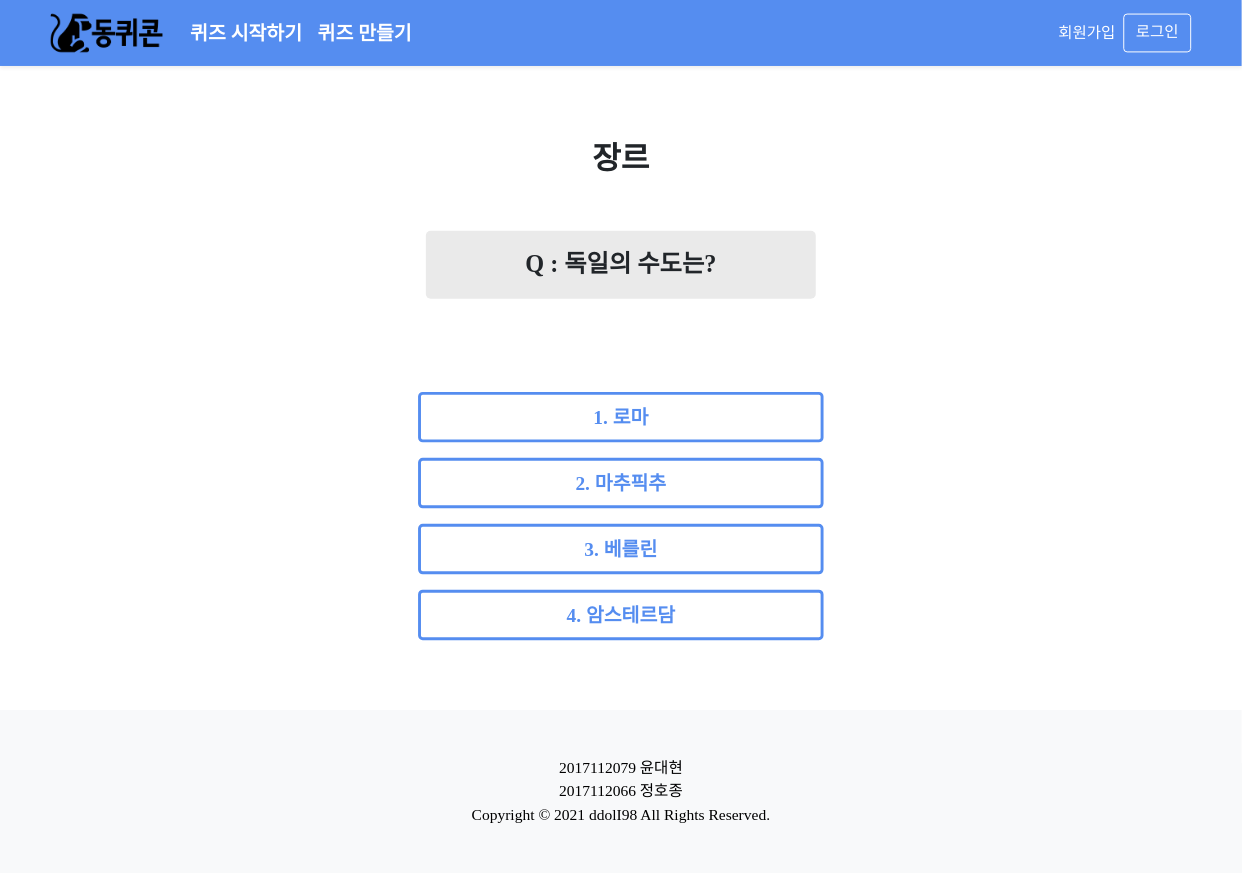
Repository: eogus0512/Quiz_WebProject
Page: http://localhost/Quiz_WebProject/solveQuiz.jsp
An editor plug-in stored every save of this project. The page is shown before and after the next save, followed by the edit.
The browser window is 1280 px wide. The pictures show the whole page, at 97% of full size.
Some web fonts or font styles are not loaded; a fallback is used. The page is served by Tomcat 9. Other server files are loaded and not shown.

Above is the page before, as saved 2021-10-28 14:34:55.

### Quiz_WebProject/WebContent/solveQuiz.jsp
<%@ page language="java" contentType="text/html;charset=UTF-8" pageEncoding="UTF-8" %>
<%@ page import="java.io.PrintWriter"%>
<!DOCTYPE html>
<html>
<head>
    <meta http-equiv="Content-Type" content="text/html"; charset="UTF-8">
    <meta name="viewport" content="width=device-width, initial-scale=1, shrink-to-fit=no">
    <title>동퀴콘</title>
    <link rel="stylesheet" href="./css/bootstrap.min.css">
    <link rel="stylesheet" href="./css/custom.css">
    <link rel="icon" href="./img/favicon.png">
</head>
<body>
<nav class="navbar navbar-expand-lg navbar-light fixed-top shadow-sm" style="background-color: #558DF0;">
    <div class="container-xxl d-flex align-items-md-center" style="width:1200px">
        <a class="navbar-brand" href="index.jsp"><img src="./img/mainIcon.png" class="rounded float-start" width="120"></a>
        <button class="navbar-toggler" type="button" data-bs-toggle="collapse" data-bs-target="#navbarSupportedContent" aria-controls="navbarSupportedContent" aria-expanded="false" aria-label="Toggle navigation">
            <span class="navbar-toggler-icon"></span>
        </button>
        <div class="collapse navbar-collapse" id="navbarSupportedContent">
            <ul class="navbar-nav me-auto">
                <li class="nav-item">
                    <a class="nav-link" href="#" style="font-size:15pt; color:white;"><b>퀴즈 시작하기</b></a>
                </li>
                <li class="nav-item">
                    <a class="nav-link" href="registerQuiz.jsp" style="font-size:15pt; color:white;"><b>퀴즈 만들기</b></a>
                </li>
            </ul>
            <%
                String loginID = null;
                String userName = null;
                if(session.getAttribute("loginID") != null) {
                    loginID = (String) session.getAttribute("loginID");
                    userName = (String) session.getAttribute("userName");
                }
                if(loginID == null) {
            %>
            <ul class="navbar-nav">
                <a class="nav-link" aria-current="page" href="signUp.jsp" style="color:white">회원가입</a>
                <a class="btn btn-outline-primary" href="login.jsp" style="border-color: white; color: white">로그인</a>
            </ul>
            <%
            } else {
            %>
            <ul class="navbar-nav d-flex">
                <li class="nav-item dropdown">
                    <a class="nav-link dropdown-toggle" href="#" id="navbarDropdown" role="button" data-bs-toggle="dropdown" aria-expanded="false">
                        <%=userName %> 님
                    </a>
                    <ul class="dropdown-menu" aria-labelledby="navbarDropdown" style="background-color: #FAF1D6;">
                        <li><a class="dropdown-item" href="myPage.jsp">마이페이지</a></li>
                        <li><a class="dropdown-item" href="#">1:1 문의</a></li>
                        <li><hr class="dropdown-divider"></li>
                        <li><a class="dropdown-item" href="logout.jsp">로그아웃</a></li>
                    </ul>
                </li>
            </ul>
            <%
                }
            %>
        </div>
    </div>
</nav>
<br><br><br><br>
<div class="py-5 text-center">
    <h2><b>장르</b></h2>
</div>
<div class="container col-md-4">
	<div class="col-12" style="height:70px; padding:15px; background-color: #EAEAEA; text-align:center; font-size:25px; font-weight:bold; border-radius:5px">
        <label class="form-label">Q : 독일의 수도는?</label>
    </div><br><br><br><br>
    <form method="post" action="#">
        <div class="row g-3">
            <button class="w-100 btn-lg" style="background-color: white; color:#558DF0; border:3px solid #558DF0"><b>1. 로마</b></button>
            <button class="w-100 btn-lg" style="background-color: white; color:#558DF0; border:3px solid #558DF0"><b>2. 마추픽추</b></button>
            <button class="w-100 btn-lg" style="background-color: white; color:#558DF0; border:3px solid #558DF0"><b>3. 베를린</b></button>
            <button class="w-100 btn-lg" style="background-color: white; color:#558DF0; border:3px solid #558DF0"><b>4. 암스테르담</b></button>
        </div><br><br>

    </form>
</div>
<footer class="bg-light mt-4 p-5 text-center" style="color: #000000;">
    2017112079 윤대현<br>2017112066 정호종<br>
    Copyright &copy; 2021 ddolI98 All Rights Reserved.
</footer>
<script src="./js/jquery.min.js"></script>
<script src="./js/popper.js"></script>
<script src="./js/bootstrap.min.js"></script>
</body>
</html>

### Quiz_WebProject/WebContent/css/custom.css
@import url(https://fonts.googleapis.com/earlyaccess/nanumgothic.css);
.navbar-brand, h1, h2, h3, h4 {
    font-family: 'Nanum Gothic';
}
h5 {
    font-family: 'Nanum Gothic';
    font-size: 18px;
}
body {
    font-family: 'Nanum Gothic';
}

Loaded but not shown: Quiz_WebProject/WebContent/css/bootstrap.min.css (library); Quiz_WebProject/WebContent/js/jquery.min.js (library); Quiz_WebProject/WebContent/js/popper.js (library); Quiz_WebProject/WebContent/js/bootstrap.min.js (library)

After the next save:
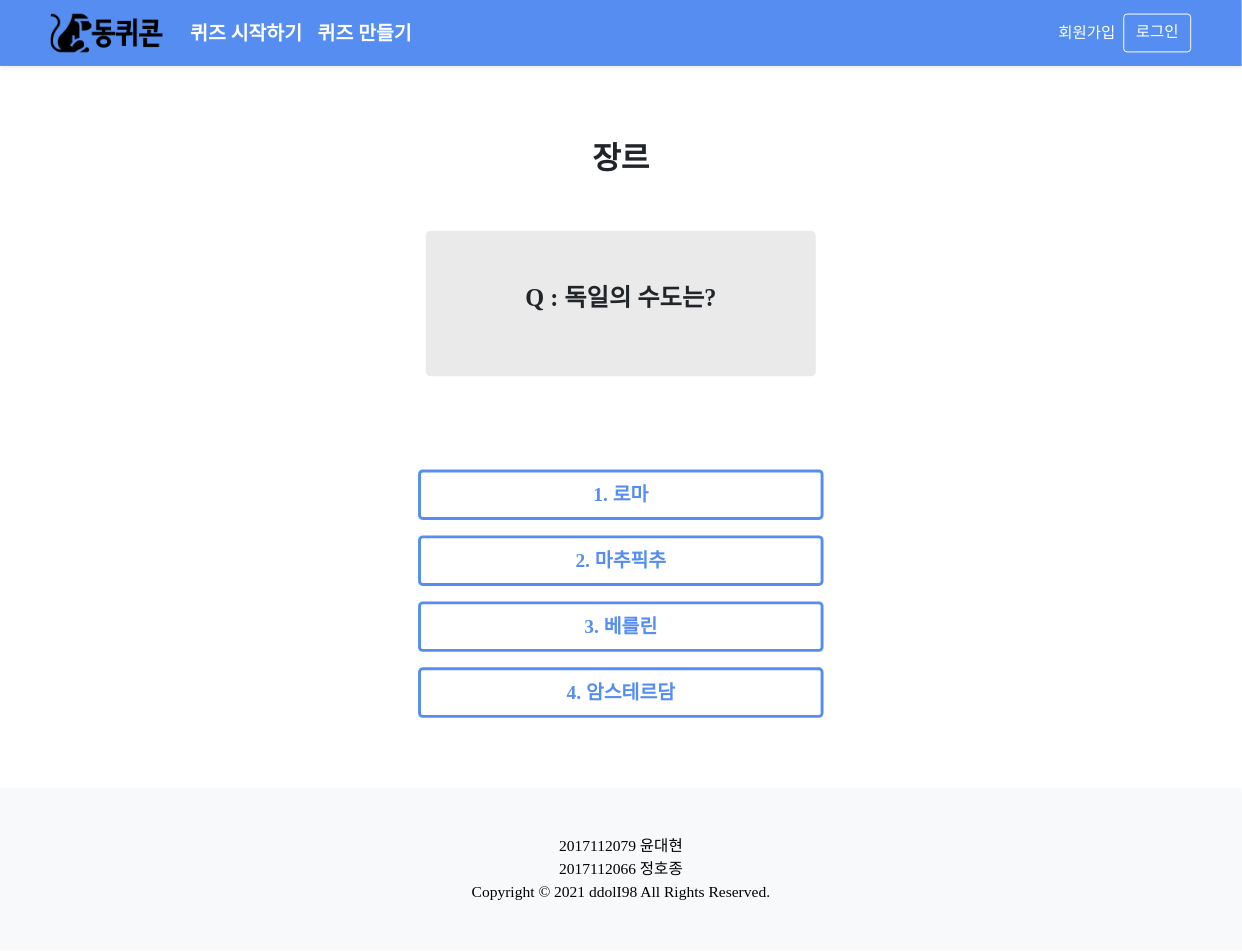
Saved 26 s later.
--- a/Quiz_WebProject/WebContent/solveQuiz.jsp
+++ b/Quiz_WebProject/WebContent/solveQuiz.jsp
@@ -66,7 +66,7 @@
     <h2><b>장르</b></h2>
 </div>
 <div class="container col-md-4">
-	<div class="col-12" style="height:70px; padding:15px; background-color: #EAEAEA; text-align:center; font-size:25px; font-weight:bold; border-radius:5px">
+	<div class="col-12" style="height:150px; padding:50px; background-color: #EAEAEA; text-align:center; font-size:25px; font-weight:bold; border-radius:5px">
         <label class="form-label">Q : 독일의 수도는?</label>
     </div><br><br><br><br>
     <form method="post" action="#">
